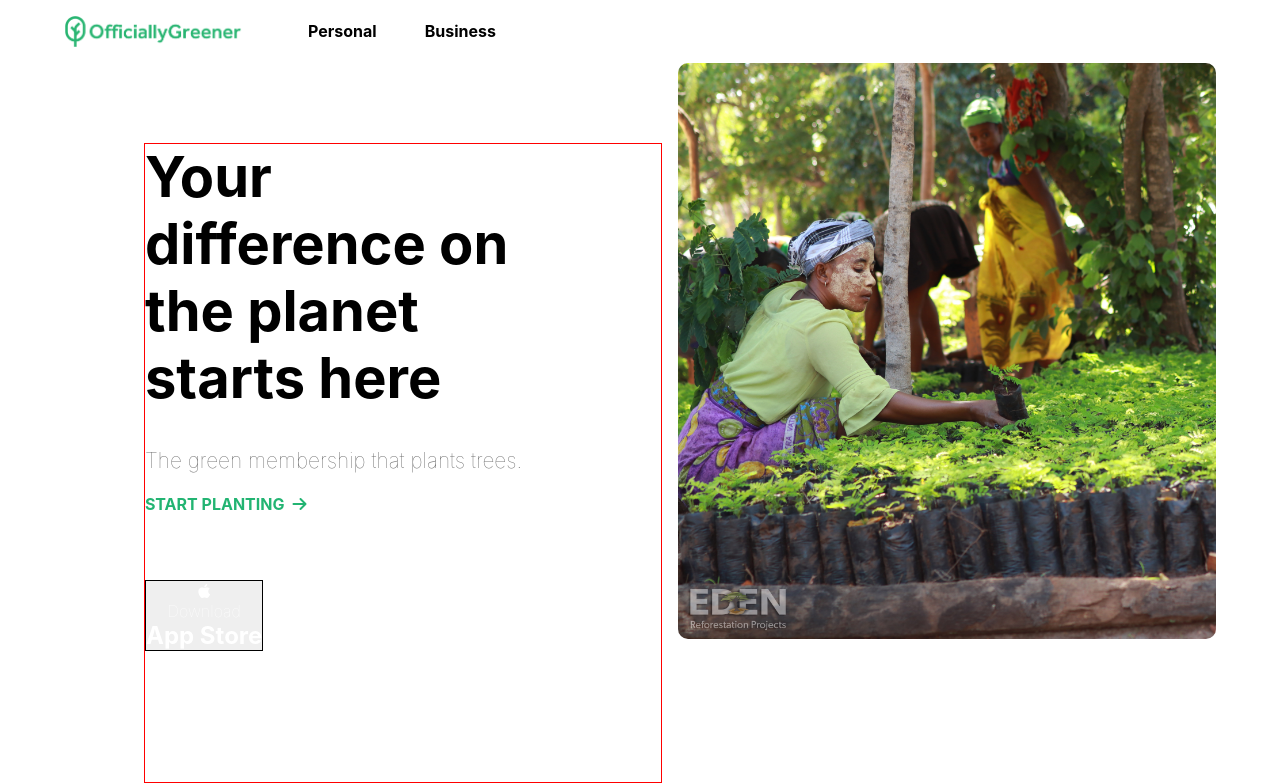
Repository: Sinkycode/Officially-Greener-v2
Page: index.html
An editor plug-in stored every save of this project. The page is shown before and after the next save, followed by the edit.
The browser window is 1280 px wide. The pictures show the whole page.
Some web libraries are served in a nearby version.

Above is the page before, as saved 2023-03-08 15:52:05.

### index.html
<!DOCTYPE html>
<html lang="en">
<head>
  <meta charset="UTF-8">
  <meta http-equiv="X-UA-Compatible" content="IE=edge">
  <meta name="viewport" content="width=device-width, initial-scale=1.0">
  <link rel="stylesheet" href="https://cdnjs.cloudflare.com/ajax/libs/font-awesome/6.3.0/css/all.min.css" integrity="sha512-SzlrxWUlpfuzQ+pcUCosxcglQRNAq/DZjVsC0lE40xsADsfeQoEypE+enwcOiGjk/bSuGGKHEyjSoQ1zVisanQ==" crossorigin="anonymous" referrerpolicy="no-referrer" />

  <link rel="stylesheet" href="style.css">
  <title>Officially Greener</title>
</head>
<body>
  <header>
    <div class="mobile">
      <img src="Logo/Officially Greener Transparent background.png" alt="" class="primary-logo logo">
      <i class="fa-sharp fa-solid fa-bars"></i>
    </div>

    <div class="desktop">
      <img src="Logo/Officially Greener Transparent background.png" alt="" class="primary-logo logo">
      <ul class="primary-nav">
        <li><a href="http://">Personal</a></li>
        <li><a href="http://">Business</a></li>
      </ul>
    </div>

  </header>

  <section id="landing-page">
   <div class="container">
    <div class="landing-page__image">
      <img src="Images/Magagascar.jpg" alt="">
    </div>
    <div class="landing-page__context">
     <div class="texts">
      <h1 class="big-txt">Your difference on the planet starts here</h1>
      <p class="gray-para">The green membership that plants trees.</p>
      <a href="#" class="simple-link">Start planting<i class="fa-sharp fa-solid fa-arrow-right"></i></a>
     </div>
     <button class="apple-btn">
      <i class="fa-brands fa-apple"></i>
      <div class="wrap">
        <p>Download</p>
        <h1>App Store</h1>
      </div>
     </button>
    </div>
   </div>
  </section>
  <section id="note"></section>
  <section id="personal"></section>
</body>
</html>

### style.css
:root {
  --neutral-100: hsl(0, 0%, 100%);
  --neutral-200: hsl(0, 0%, 80%);
  --neutral-400: hsl(0, 0%, 40%);
  --neutral-600: hsl(0, 0%, 20%);
  --neutral-800: hsl(0, 0%, 0%);

  --accent: hsl(153, 68%, 42%);

  --txt-size-200: .8rem;
  --txt-size-400: 1rem;
  --txt-size-500: 2rem;
  --txt-size-600: 3rem;
  --txt-size-800: 3.5rem;

  --gray-para: var(--neutral-400);

}

*, *::after, *::before {
  box-sizing: border-box;
  margin: 0;
  padding: 0;
}

html, body {
  font-family: -apple-system, BlinkMacSystemFont, Segoe UI, Roboto, Oxygen, Ubuntu, Cantarell, Fira Sans, Droid Sans, Helvetica Neue, sans-serif;
  scroll-behavior: smooth;
  overflow-x: hidden;
}

body {
  line-height: 1.5;
  font-size: 16px;
}

/* CUSTOMIZATION */
img {
  max-width: 100%;
  display: block;
}

button, input {
  outline: none;
  border: none;
  /* background: transparent; */
  font-family: inherit;
  font-size: inherit;
  color: inherit;
}

ul, p {
  margin: 0;
  list-style: none;
  font-weight: 2

}

a {
  text-decoration: none;
  color: inherit;
  font-weight: bold;
}

h1,h2,h3 {
  margin: 0;
}

.container {
  max-width: 90%;
  margin: 0 auto;
}

.logo {
  width: clamp(180px, 1rem + 10vw, 300px);
}

.mobile {
  display: none;
}

.desktop {
  display: flex;
  align-items: center;
  gap: 4rem;
  padding-block: 1rem;
  padding-inline-start: 4rem;
  width: 50%;
}

.primary-nav {
  display: flex;
  gap: 3rem;
}

.big-txt {
  font-size: var(--txt-size-800);
}

.gray-para {
  color: var(--gray-para);
}

/* ========= landign page ========= */
#landing-page {
  /* border: 3px solid black; */
  height: 100vh;
}

#landing-page .container {
  display: flex;
  gap: 1rem;
  height: 100%;
  /* border: 1px solid red; */
}

@media (max-width: 1000px) {
  #landing-page .container {
    display: block;
  }
}

@media (min-width: 768px) {
  .landing-page__context {
    order: 1;
    margin-left: 5rem;
    margin-top: 5rem;
  }

  .landing-page__image {
    order: 2;
  }
}

.landing-page__context {
  max-width: 45%;
  border: 1px solid red;
}

.landing-page__context .big-txt {
  /* border: 1px solid red; */
  max-width: 80%;
  line-height: 1.2;
  margin-bottom: 2rem;
}

.landing-page__context .gray-para {
  margin-block: 1rem;
  font-size: 1.3rem;
}

.landing-page__context .simple-link {
  color: var(--accent);
  text-transform: uppercase;
  display: flex;
  align-items: center;
  gap: .5rem;
  margin-bottom: 4rem;
}

.apple-btn {
  color: white;
  border: 1px solid black;
  max-width: 205px;
}

.landing-page__image {
  width: 55%;
  height: 80%;
  border-radius: 10px;
  overflow: hidden;
}

.landing-page__image img {
  height: 100%;
  object-fit: cover;
  object-position: left;
}

After the next save:
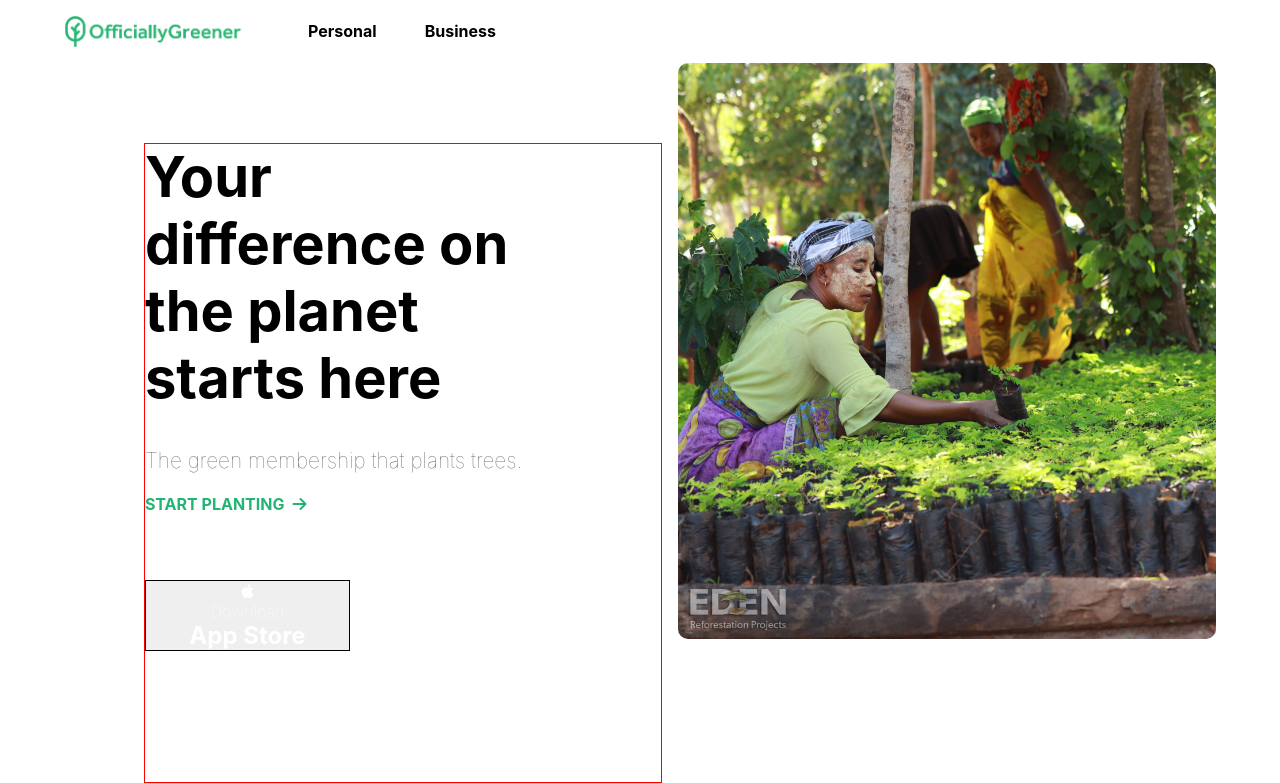
Saved 7 s later.
--- a/style.css
+++ b/style.css
@@ -161,7 +161,7 @@
 .apple-btn {
   color: white;
   border: 1px solid black;
-  max-width: 205px;
+  width: 205px;
 }
 
 .landing-page__image {

After the save that followed:
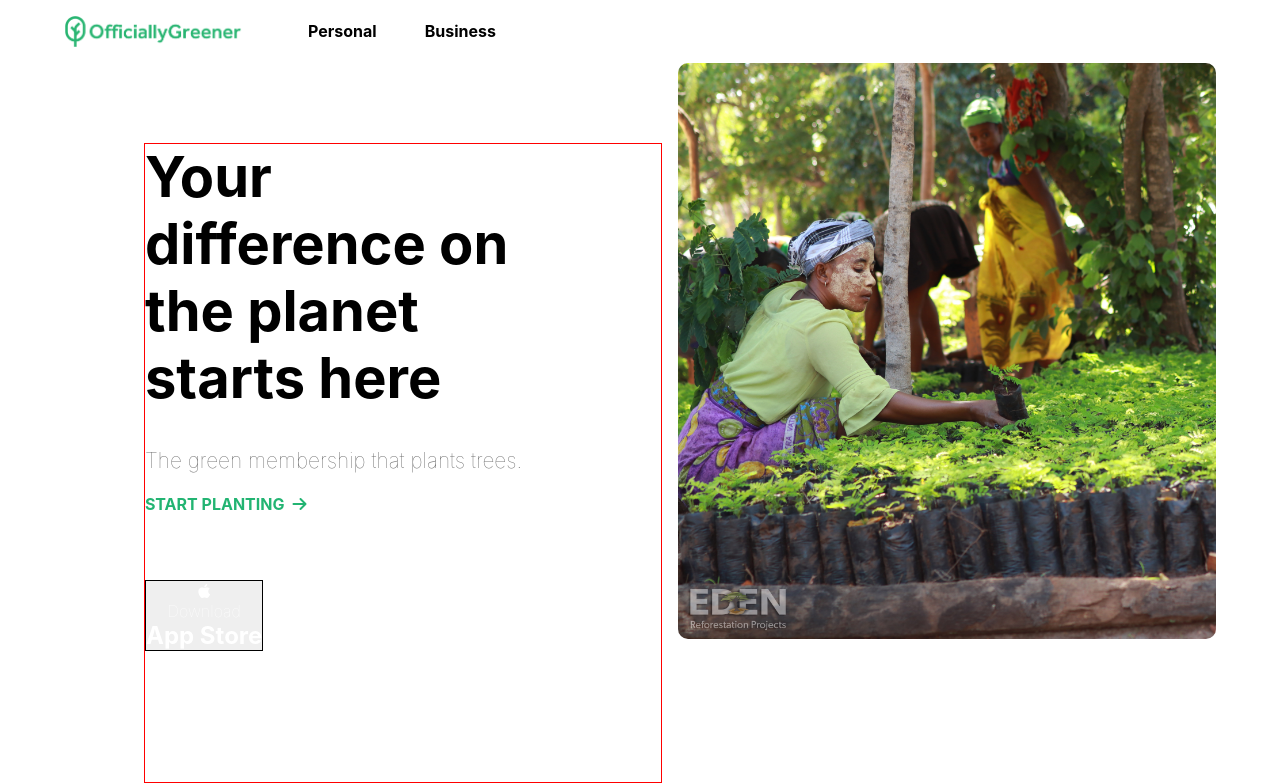
Saved 4 s later.
--- a/style.css
+++ b/style.css
@@ -161,7 +161,7 @@
 .apple-btn {
   color: white;
   border: 1px solid black;
-  width: 205px;
+  max-width: 205px;
 }
 
 .landing-page__image {
